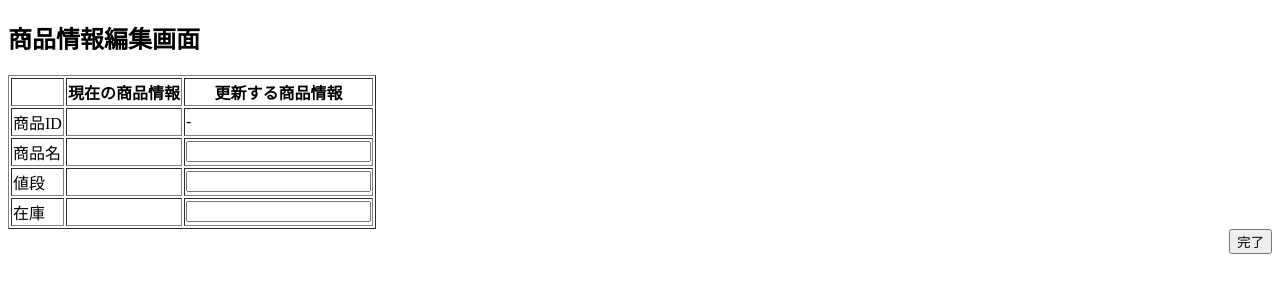
Repository: sachiyuki/java
Page: http://localhost/AdminLogin/itemedit.jsp
These files come from the project's save history. The page is drawn as it stood at one moment and after the next save; the edit follows.
The browser window is 1280 px wide. The pictures show the whole page.
The page is served by Tomcat 9.

Above is the page before, as saved 2018-03-05 10:37:48.

After the next save:
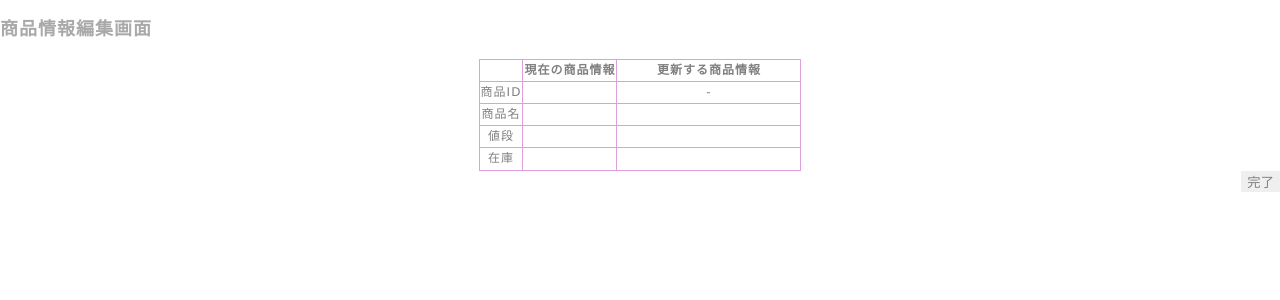
Saved 44 s later.
--- a/AdminLogin/WebContent/itemedit.jsp
+++ b/AdminLogin/WebContent/itemedit.jsp
@@ -6,6 +6,37 @@
 <head>
 <meta http-equiv="Content-Type" content="text/html; charset=UTF-8">
 <title>Insert title here</title>
+<style type="text/css">
+
+body{
+	margin: 0;
+	padding: 0;
+	line-height:1.6;
+	letter-spacing:1px;
+	font-family: Verdana, Helvetica, sans-serif;
+	font-size: 12px;
+	color: darkgray;
+	background:#fff;
+}
+
+table{
+	text-align:center;
+	margin: 0 auto;
+	border:0.5px solid plum;
+	border-collapse: collapse;
+}
+
+
+input, form{
+	border: 0.5px thistle;
+	color:gray;
+}
+
+hr{
+ border:1px dashed plum;
+}
+
+</style>
 </head>
 <body>
 
